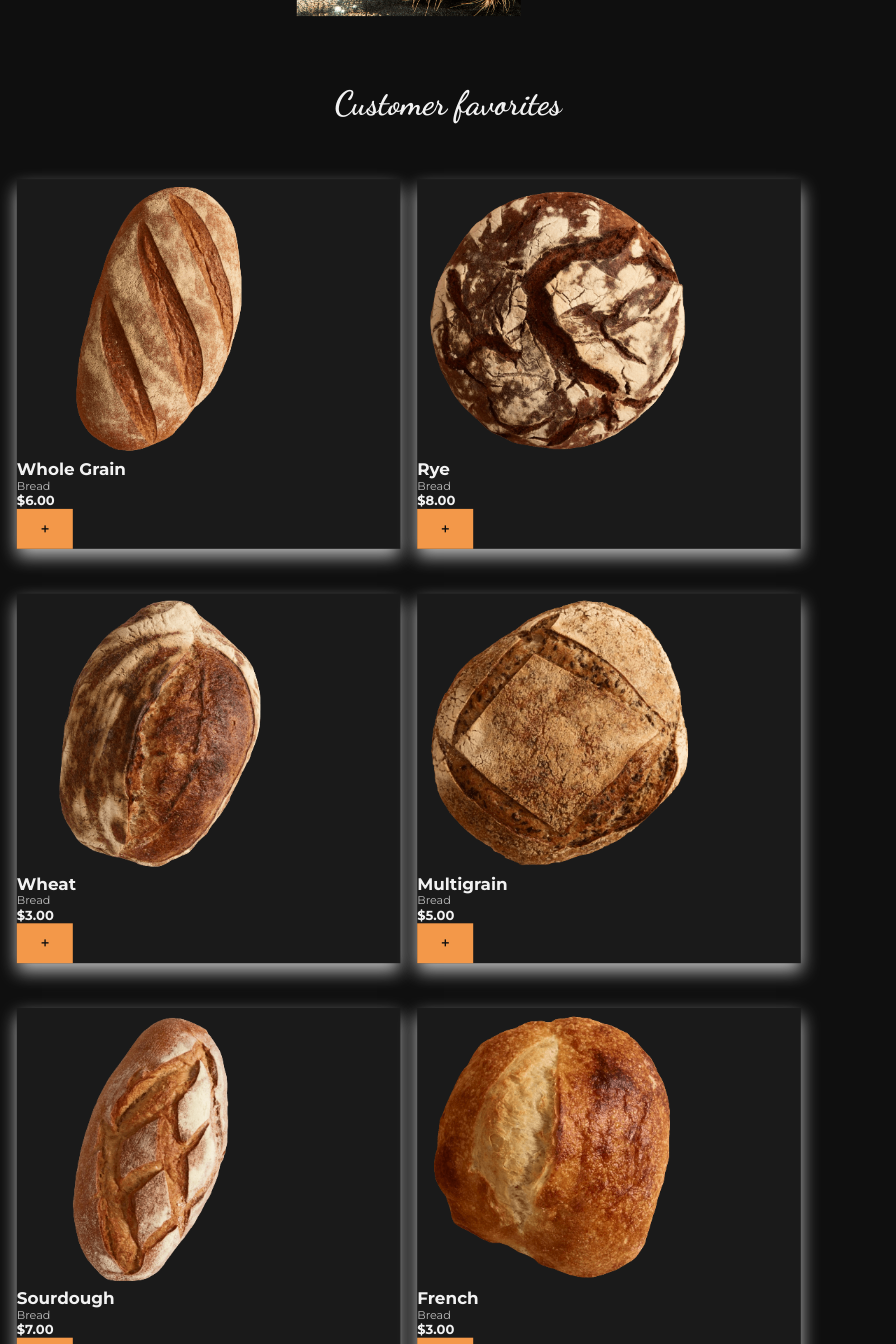
Repository: dinhhaidh/Bakery-web
Page: index.html
These files come from the project's save history. The page is drawn as it stood at one moment and after a run of saves; the edit follows.
The browser window is 1280 px wide. The pictures show the part of the page from y = 2580 to 4500 px (the page is 4660 px tall), at 70% of full size.
Some web libraries are served in a nearby version.

Above is the page before, as saved 2024-01-16 15:12:28.

### index.html
<!DOCTYPE html>
<html lang="en">
  <head>
    <meta charset="UTF-8" />
    <meta name="viewport" content="width=device-width, initial-scale=1.0" />

    <!--=============== FAVICON ===============-->
    <link rel="shortcut icon" href="assets/img/favicon.png" type="image/x-icon"/>
    <!--=============== REMIXICONS ===============-->
    <link rel="stylesheet"  href="https://cdnjs.cloudflare.com/ajax/libs/remixicon/3.7.0/remixicon.css"/>
    <!--=============== CSS ===============-->
    <link rel="stylesheet" href="./css/style.css"/>

    <title>Responsive bakery website - Bedimcode</title>
  </head>
  <body>
    <!--==================== HEADER ====================-->
    <header class="header" id="header">
        <nav class="nav container">
            <a href="#" class="nav__logo">Bakery</a>
            <div class="nav__menu" id="nav-menu">
                <ul class="nav__list">
                    <li class="nav__item">
                        <a href="#home" class="nav__link">Home</a>
                    </li>
                    <li class="nav__item">
                        <a href="#new" class="nav__link">News</a>
                    </li>
                    <li class="nav__item">
                        <a href="#about" class="nav__link">About Us</a>
                    </li>
                    <li class="nav__item">
                        <a href="#favorite" class="nav__link">Favorites</a>
                    </li>
                    <li class="nav__item">
                        <a href="#visit" class="nav__link">Location</a>
                    </li>
                </ul>
                <div class="nav__close" id="nav-close">
                    <i class="ri-close-line"></i>
                </div>

                <img src="./img/bread-4.png" alt="image" class="nav__img-1">
                <img src="./img/bread-1.png" alt="image" class="nav__img-2">
            </div>

            <!-- toggle button -->
            <div class="nav__toggle" id="nav-toggle">
                <i class="ri-menu-line"></i>
            </div>
        </nav>
    </header>

    <!--==================== MAIN ====================-->
    <main class="main">
      <!--==================== HOME ====================-->
      <section class="home section" id="home">
        <img src="./img/home-bg.jpg" alt="image" class="home__bg">
        <div class="home__shadow"></div>
        <div class="home__container container grid">
            <div class="home__data">
                <h1 class="home__title">
                    Select The Best.<br> Quality Breads
                </h1>
                <a href="#" class="button">Select breads</a>

                <img src="./img/bread-1.png" alt="image" class="home__bread">
            </div>
            <div class="home__image">
                <img src="./img/home-bread.png" alt="image" class="home__img">
            </div>
            <footer class="home__footer">
                <div class="home__location">
                    <i class="ri-map-pin-line"></i>
                    <span>Av. The Sun #321 <br> Lima Peru</span>
                </div>
                <div class="home__social">
                    <a href="https://www.facebook.com/" target="_blank">

                        <i class="ri-facebook-circle-line"></i>
                    </a>
                    <a href="https://www.instagram.com/
                    " target="_blank">
                        <i class="ri-instagram-line"></i>
                    </a>
                    <a href="https://www.youtube.com/" target="_blank">
                        <i class="ri-youtube-line"></i>
                    </a>
                </div>
            </footer>
        </div>
      </section>

      <!--==================== NEWS ====================-->
      <section class="new section" id="new">
        <h2 class="section__title">New breads</h2>

        <div class="new__container container grid">
            <div class="new__content grid">
                <article class="new__card">
                    <div class="new__data">
                        <h2 class="new__title">Rye Bread</h2>
                        <p class="new__description">
                            Baked width healthy, gluten-free
                            sourdough for good nutrition.
                        </p>
                    </div>
                    <img src="./img/new-bread-1.png" alt="image" class="new__img">
                </article>
                <article class="new__card">
                    <div class="new__data">
                        <h2 class="new__title">Whole grain bread</h2>
                        <p class="new__description">
                            Crispy and homemade prepared
                            form organic yeast-free flour
                        </p>
                    </div>
                    <img src="./img/new-bread-2.png"  alt="image" class="new__img">
                </article>
                <article class="new__card">
                    <div class="new__data">
                        <h2 class="new__title">Multigrain Bread</h2>
                        <p class="new__description">
                            Tasty and made with different
                            natural grains form the countryside
                        </p>
                    </div>
                    <img src="./img/new-bread-3.png"  alt="image" class="new__img">
                </article>
            </div>
            <a href="#" class="new__button button">See More Breads</a>
        </div>
      </section>

      <!--==================== ABOUT ====================-->
      <section class="about section" id="about">
        <div class="about__container container grid">
            <div class="about__data">
                <div class="section__title">About Us</div>

                <p class="about__description">
                    Lorem ipsum, dolor sit amet consectetur adipisicing elit. Fugit quae quisquam quia animi commodi! Nesciunt aperiam deserunt ex sint, ratione alias quos beatae atque numquam natus libero eveniet explicabo molestias!
                </p>
                <a href="#" class="button">Know More</a>
                <img src="./img/bread-2.png" alt="image" class="about__bread">
            </div>
            <img src="./img/about-bread.png" alt="" class="about__img">
        </div>
      </section>

      <!--==================== FAVORITES ====================-->
      <section class="favorite section" id="favorite">
        <h2 class="section__title">Customer favorites</h2>
        <div class="favorite__container container grid">
            <article class="article__card">
                <img src="./img/favorite-bread-1.png" alt="image" class="favorite__img">
                <div class="favorite__data">
                    <h2 class="favorite__title">Whole Grain</h2>
                    <span class="favorite__subtitle">Bread</span>
                    <h3 class="favorite__price">$6.00</h3>
                </div>
                <button class="favorite__button button">
                    <i class="ri-add-line"></i>
                </button>
            </article>
            <article class="article__card">
                <img src="./img/favorite-bread-2.png" alt="image" class="favorite__img">
                <div class="favorite__data">
                    <h2 class="favorite__title">Rye</h2>
                    <span class="favorite__subtitle">Bread</span>
                    <h3 class="favorite__price">$8.00</h3>
                </div>
                <button class="favorite__button button">
                    <i class="ri-add-line"></i>
                </button>
            </article>
            <article class="article__card">
                <img src="./img/favorite-bread-3.png" alt="image" class="favorite__img">
                <div class="favorite__data">
                    <h2 class="favorite__title">Wheat</h2>
                    <span class="favorite__subtitle">Bread</span>
                    <h3 class="favorite__price">$3.00</h3>
                </div>
                <button class="favorite__button button">
                    <i class="ri-add-line"></i>
                </button>
            </article>
            <article class="article__card">
                <img src="./img/favorite-bread-4.png" alt="image" class="favorite__img">
                <div class="favorite__data">
                    <h2 class="favorite__title">Multigrain</h2>
                    <span class="favorite__subtitle">Bread</span>
                    <h3 class="favorite__price">$5.00</h3>
                </div>
                <button class="favorite__button button">
                    <i class="ri-add-line"></i>
                </button>
            </article>
            <article class="article__card">
                <img src="./img/favorite-bread-5.png" alt="image" class="favorite__img">
                <div class="favorite__data">
                    <h2 class="favorite__title">Sourdough</h2>
                    <span class="favorite__subtitle">Bread</span>
                    <h3 class="favorite__price">$7.00</h3>
                </div>
                <button class="favorite__button button">
                    <i class="ri-add-line"></i>
                </button>
            </article>
            <article class="article__card">
                <img src="./img/favorite-bread-6.png" alt="image" class="favorite__img">
                <div class="favorite__data">
                    <h2 class="favorite__title">French</h2>
                    <span class="favorite__subtitle">Bread</span>
                    <h3 class="favorite__price">$3.00</h3>
                </div>
                <button class="favorite__button button">
                    <i class="ri-add-line"></i>
                </button>
            </article>
        </div>
      </section>

      <!--==================== VISIT ====================-->
      <section class="visit section" id="visit"></section>
    </main>

    <!--==================== FOOTER ====================-->
    <footer class="footer"></footer>

    <!--========== SCROLL UP ==========-->

    <!--=============== SCROLLREVEAL ===============-->
    <script src="./js/scrollreveal.min.js"></script>
    <script src="https://code.jquery.com/jquery-3.7.1.min.js"></script>

    <!--=============== MAIN JS ===============-->
    <script src="./js/main.js"></script>
  </body>
</html>

### css/style.css
/*=============== GOOGLE FONTS ===============*/
@import url("https://fonts.googleapis.com/css2?family=Dancing+Script:wght@700&family=Montserrat:wght@400;600;700&display=swap");

/*=============== VARIABLES CSS ===============*/
:root {
    --header-height: 3.5rem;

    /*========== Colors ==========*/
    /*Color mode HSL(hue, saturation, lightness)*/
    --first-color: hsl(28, 88%, 62%);
    --first-color-alt: hsl(28, 84%, 58%);
    --title-color: hsl(0, 0%, 95%);
    --text-color: hsl(0, 0%, 75%);
    --text-color-light: hsl(0, 0%, 65%);
    --black-color: hsl(0, 0%, 6%);
    --body-color: hsl(0, 0%, 6%);
    --container-color: hsl(0, 0%, 10%);

    /*========== Font and typography ==========*/
    /*.5rem = 8px | 1rem = 16px ...*/
    --body-font: "Montserrat", sans-serif;
    --second-font: "Dancing Script", cursive;
    --biggest-font-size: 3rem;
    --bigger-font-size: 2rem;
    --h1-font-size: 1.5rem;
    --h2-font-size: 1.25rem;
    --h3-font-size: 1rem;
    --normal-font-size: .938rem;
    --small-font-size: .813rem;

    /*========== Font weight ==========*/
    --font-regular: 400;
    --font-semi-bold: 600;
    --font-bold: 700;

    /*========== z index ==========*/
    --z-tooltip: 10;
    --z-fixed: 100;
}

/*========== Responsive typography ==========*/
@media screen and (min-width: 1150px) {
    :root {
        --biggest-font-size: 5rem;
        --bigger-font-size: 3rem;
        --h1-font-size: 2.25rem;
        --h2-font-size: 1.5rem;
        --h3-font-size: 1.25rem;
        --normal-font-size: 1rem;
        --small-font-size: .875rem;
    }
}

/*=============== BASE ===============*/
* {
    box-sizing: border-box;
    padding: 0;
    margin: 0;
}

html {
    scroll-behavior: smooth;
}

body,
button {
    font-family: var(--body-font);
    font-size: var(--normal-font-size);
}

body {
    background-color: var(--body-color);
    color: var(--text-color);
}

button {
    border: none;
    outline: none;
}

h1,
h2,
h3,
h4 {
    color: var(--title-color);
    font-weight: var(--font-bold);
}

ul {
    list-style: none;
}

a {
    text-decoration: none;
}

img {
    display: block;
    max-width: 100%;
    height: auto;
}

/*=============== REUSABLE CSS CLASSES ===============*/
.container {
    max-width: 1120px;
    margin-inline: 1.5rem;
}

.grid {
    display: grid;
    gap: 1.5rem;
}

.section {
    padding-block: 5rem 1rem;
}

.section__title {
    font-size: var(--bigger-font-size);
    font-family: var(--second-font);
    margin-bottom: 1.5rem;
    text-align: center;
}

.main {
    overflow: hidden;
    /* For animation ScrollReveal */
}

/*=============== HEADER & NAV ===============*/
.header{
    position: fixed;
    width: 100%;
    top: 0;
    left: 0;
    background-color: transparent;
    z-index: var(--z-fixed);
}
.nav{
    position: relative;
    height: var(--header-height);
    display: flex;
    justify-content: space-between;
    align-items: center;
}
.nav__logo{
    color: var(--first-color);
    font-size: var(--h2-font-size);
    font-family: var(--second-font);
    transition: color .4s;
}
.nav__logo:hover{
    color: var(--first-color-alt);
}
.nav__close,
.nav__toggle{
    font-size: 1.5rem;
    color: var(--title-color);
    cursor: pointer;
}

/* Navigation for mobile devices */
/* responsive */
@media screen and (max-width: 1150px) {
    .nav__menu{
        position: fixed;
        top: 0;
        right: -100%;
        background-color: hsla(0,0%,6%, .2);
        backdrop-filter: blur(16px);
        -webkit-backdrop-filter: blur(16px);
        width: 80%;
        height: 100%;
        padding: 6rem 3rem 0;
        transition: right .4s;
    }
    .nav__list{
        display: flex;
        flex-direction: column;
        row-gap: 2.5rem;
    }
    .nav__link{
        color: var(--title-color);
        font-weight: var(--font-semi-bold);
        transition: color .4s;
    }
    .nav__link:hover{
        color: var(--first-color);
    }
    .nav__close,
    .nav__img-1,
    .nav__img-2{
        position: absolute;
    }
    .nav__close{
        top: 1rem;
        right: 1.5rem;
    }
    .nav__img-1{
        width: 80px;
        top: 11rem;
        right: 0.75rem;
    }
    .nav__img-2{
        width: 60px;
        top: 28rem;
        left: 6rem;
    }
}

/* Show menu */
.show-menu{
    right: 0;
}

/* Add blur header */
/* Thêm tiêu đề mờ, khi kéo xuống hiển thị thanh nngang fixed */
.blur-header::after{
    content: '';
    position: absolute;
    width: 100%;
    height: 100%;
    background-color: hsla(0, 0%, 6%, .2);
    backdrop-filter: blur(16px);
    -webkit-backdrop-filter: blur(16px);
    top: 0;
    left: 0;
    z-index: -1;
}

/* Active link */


/*=============== HOME ===============*/
.home{
    position: relative;
    padding-top: 6.5rem;
}
.home__container{
    row-gap: 2rem;
}
.home__bg,
.home__shadow{
    position: absolute;
    top: 0;
    left: 0;
    width: 100%;
    height: 100%;
    z-index: -1;
}
.home__bg{
    object-fit: cover;
    object-position: center;
}
.home__shadow{
    background: linear-gradient(180deg, hsla(0, 0%, 0%, 0) 0%, hsl(0, 0%, 6%) 100%);

}
.home__data{
    position: relative;
    text-align: center;
}
.home__title{
    font-size: var(--biggest-font-size);
    font-family: var(--second-font);
    margin-bottom: 1.5rem;
}
.home__bread{
    width: 50px;
    position: absolute;
    top: 15rem;
    left: 4rem;
}
.home__image{
    max-width: 400px;
    justify-self: center;
}
.home__img{
    rotate: 15deg;
}
.home__footer,
.home__location,
.home__social{
    display: flex;
}
.home__footer{
    justify-content: space-between;
    align-items: center;
}
.home__location{
    align-items: center;
    column-gap: .5rem;
}
.home__location i{
    font-size: 1.5rem;
    color: var(--first-color);
}
.home__location span{
    color: var(--title-color);
    font-size: var(--small-font-size);
}
.home__social{
    column-gap: 1rem;
}
.home__social a{
    color: var(--title-color);
    font-size: 1.5rem;
    transition: color 4s;
}
.home__social a:hover{
    color: var(--first-color);
}

/*=============== BUTTON ===============*/
.button{
    display: inline-flex;
    background-color: var(--first-color);
    color: var(--black-color);
    font-weight: var(--font-semi-bold);
    padding: 1.25rem 2rem;
    transition: background-color .4s;
}
.button:hover{
    background-color: var(--first-color-alt);
}

/*=============== NEW ===============*/
.new{

}
.new__container{
    padding-top: 1.5rem;
    row-gap: 3.5rem;
}
.new__content{
    row-gap: 2rem
}
.new__card{
    display: flex;
    column-gap: 1rem;
    align-items: center;
}
.new__card:nth-child(2) img{
    order: -1;
}
.new__img{
    width: 150px;
}
.new__data{

}
.new__title{
    font-size: var(--h2-font-size);
    font-family: var(--second-font);
    color: var(--first-color);
    margin-bottom: .5rem;
}
.new__description{
    font-size: var(--small-font-size);
}
.new__button{
    justify-self: center;
}

/*=============== ABOUT ===============*/
.about__container{
    row-gap: 4rem;
}
.about__data{
    position: relative;
    text-align: center;
}
.about__description{
    margin-bottom: 3rem;
}
.about__bread{
    width: 60px;
    position: absolute;
    bottom: 1rem;
    right: 0;
}
.about__img{
    width: 320px;
    justify-self: center;
}

/*=============== FAVORITES ===============*/
.favorite__container{
    padding-top: 3.5rem;
    grid-template-columns: repeat(2, 1fr);
    gap: 4rem 1.5rem;
}
.article__card{
position: relative;
background-color: var(--container-color);
box-shadow: 0 12px 24px
}
.favorite__img{

}
.favorite__data{

}
.favorite__title{

}
.favorite__subtitle{

}
.favorite__price{

}
.favorite__button{

}
.button{

}
.ri-add-line{

}

/*=============== VISIT ===============*/


/*=============== FOOTER ===============*/


/*=============== SCROLL BAR ===============*/


/*=============== SCROLL UP ===============*/


/* Show Scroll Up */


/*=============== BREAKPOINTS ===============*/
/* For small devices */


/* For medium devices */


/* For large devices */

Loaded but not shown: js/scrollreveal.min.js (library); js/main.js (no copy from this time; the picture is the same without it)

After the next 4 saves:
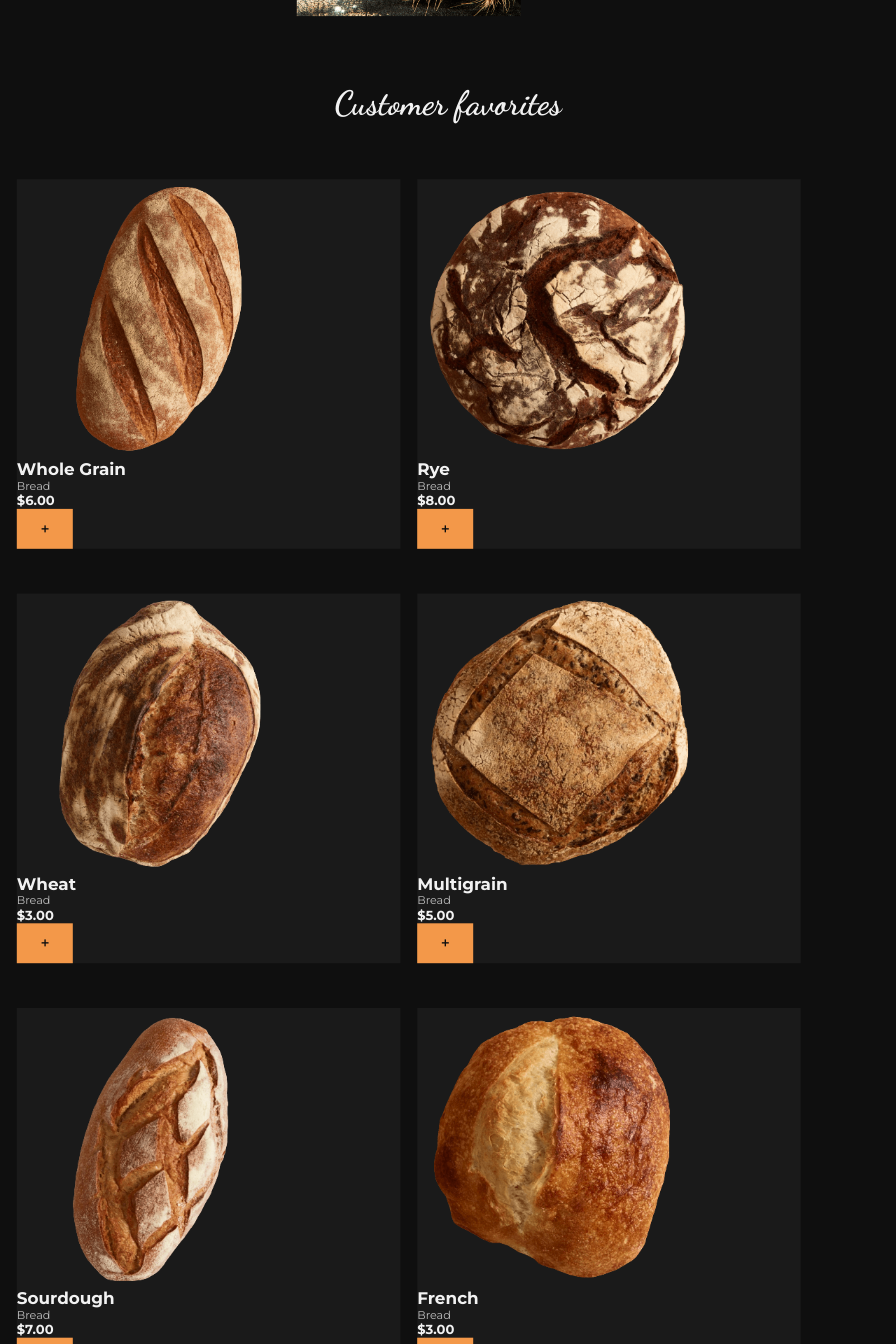
The 4 saves are shown as one change because they came seconds apart.
The last was saved 8 s later.
--- a/css/style.css
+++ b/css/style.css
@@ -393,7 +393,7 @@ img {
 .article__card{
 position: relative;
 background-color: var(--container-color);
-box-shadow: 0 12px 24px
+box-shadow: 0 12px 24px hsla(0,)
 }
 .favorite__img{
 
